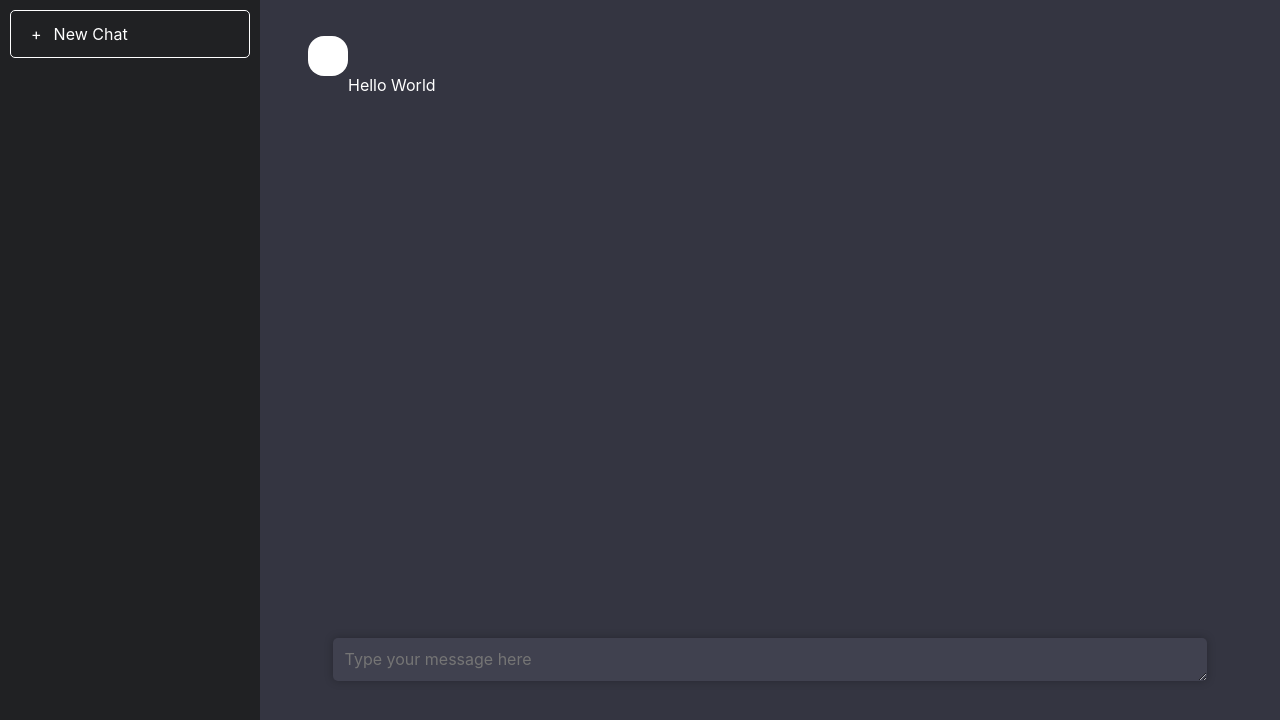
Repository: lancenigel/ChatGPT-Clone
Page: / (app in client/)
An editor plug-in stored every save of this project. The page is shown before and after the next save, followed by the edit.
The browser window is 1280 px wide. The pictures show the whole page.
The project was rebuilt for these pictures with package versions that can differ from the ones it lists, and the page was loaded fresh each time.

Above is the page before, as saved 2024-02-04 00:44:49.

After the next save:
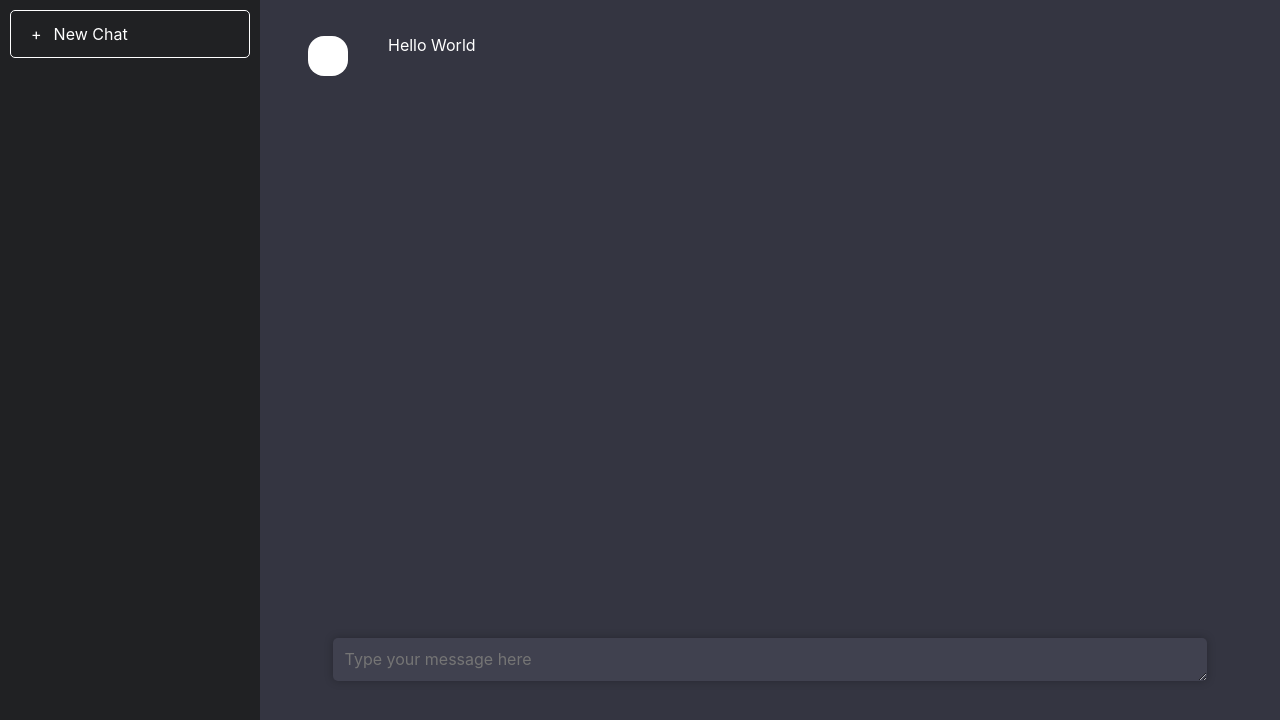
Saved 19 s later.
--- a/client/src/App.css
+++ b/client/src/App.css
@@ -20,17 +20,16 @@
 }
 
 .chat-message{
-  padding: 12px;
-  display: flex;
-  padding-left: 24px;
-  padding-right: 24px;
 }
 
 .chat-message-center{
   max-width:480px;
   margin-left:auto;
   margin-right:auto;
-
+  padding: 12px;
+  display: flex;
+  padding-left: 24px;
+  padding-right: 24px;
 }
 
 .avatar{
